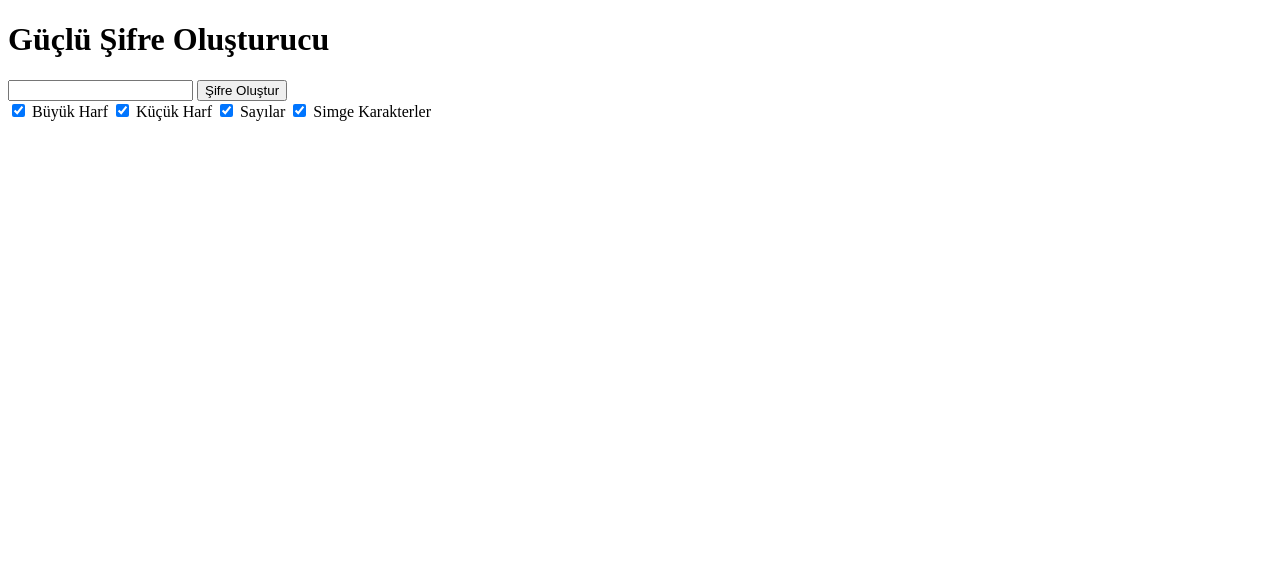
Repository: ferhadsultan98/pass-generator
Page: pass.html
The author's editor kept a copy of each file at every save. The page is drawn from the files as they stood at one save, then again after a run of saves.
The browser window is 1280 px wide. The pictures show the whole page.

Above is the page before, as saved 2025-03-04 11:58:45.
Not found: script.js
Not found: styles.css

After the next 2 saves:
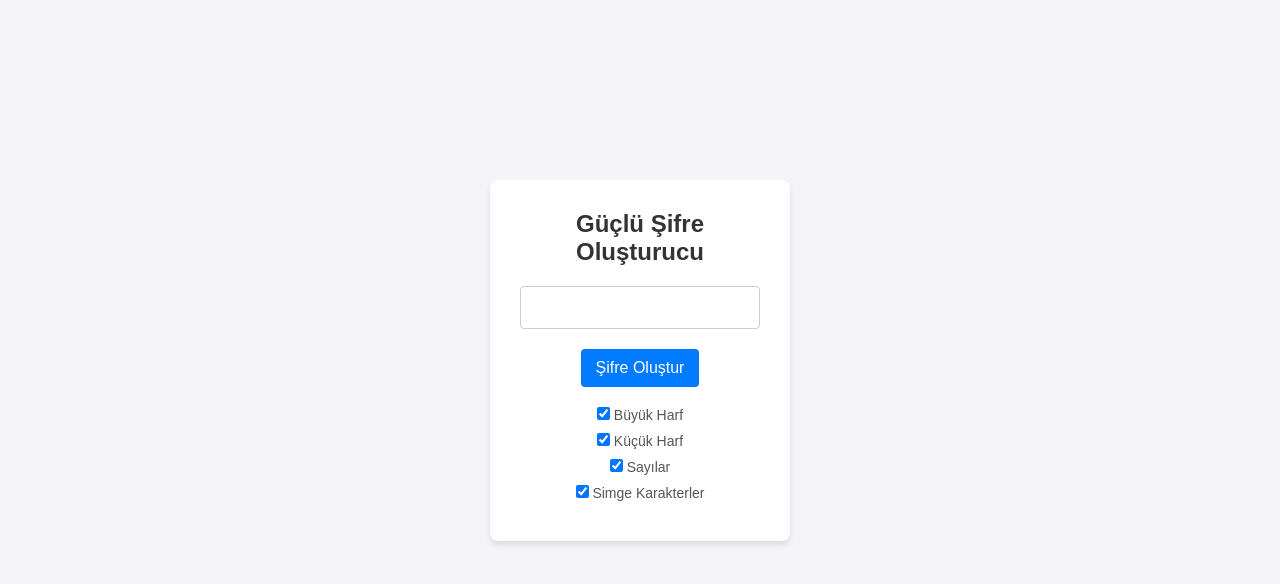
The 2 saves are shown as one change because they came seconds apart.
The last was saved 6 s later.
--- a/pass.html
+++ b/pass.html
@@ -4,7 +4,72 @@
   <meta charset="UTF-8">
   <meta name="viewport" content="width=device-width, initial-scale=1.0">
   <title>Güçlü Şifre Oluşturucu</title>
-  <link rel="stylesheet" href="styles.css">
+<style>
+    * {
+  margin: 0;
+  padding: 0;
+  box-sizing: border-box;
+}
+
+body {
+  font-family: Arial, sans-serif;
+  background-color: #f4f4f9;
+  display: flex;
+  justify-content: center;
+  align-items: center;
+  height: 100vh;
+}
+
+.container {
+  background-color: #fff;
+  padding: 30px;
+  border-radius: 8px;
+  box-shadow: 0 4px 6px rgba(0, 0, 0, 0.1);
+  text-align: center;
+  width: 300px;
+}
+
+h1 {
+  margin-bottom: 20px;
+  font-size: 24px;
+  color: #333;
+}
+
+#password {
+  width: 100%;
+  padding: 10px;
+  font-size: 18px;
+  margin-bottom: 20px;
+  border: 1px solid #ccc;
+  border-radius: 4px;
+}
+
+button {
+  padding: 10px 15px;
+  font-size: 16px;
+  background-color: #007bff;
+  color: white;
+  border: none;
+  border-radius: 4px;
+  cursor: pointer;
+}
+
+button:hover {
+  background-color: #0056b3;
+}
+
+.options {
+  margin-top: 20px;
+}
+
+label {
+  display: block;
+  margin-bottom: 10px;
+  font-size: 14px;
+  color: #555;
+}
+
+</style>
 </head>
 <body>
   <div class="container">
